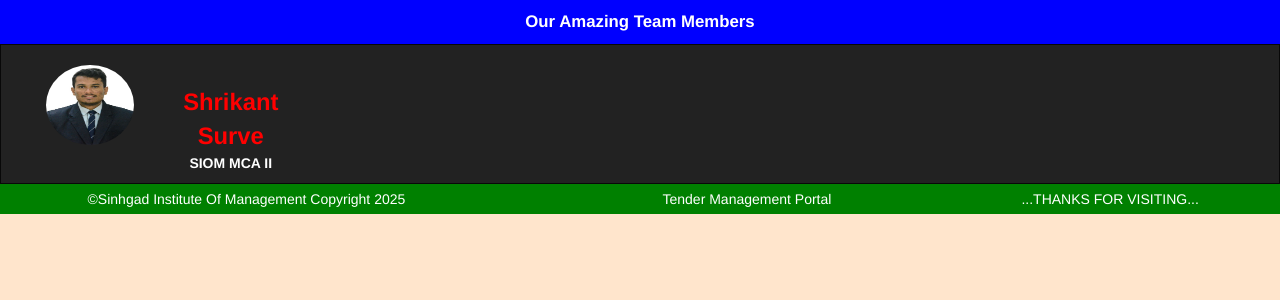
Repository: ShrikantSurve57/Tender-Allotment
Page: http://localhost/tendermanagement/footer.jsp
These files come from the project's save history. The page is drawn as it stood at one moment and after the next save; the edit follows.
The browser window is 1280 px wide. The pictures show the whole page.
Some web fonts or font styles are not loaded; a fallback is used. The page is served by Tomcat 9.

Above is the page before, as saved 2026-01-20 09:30:50.

After the next save:
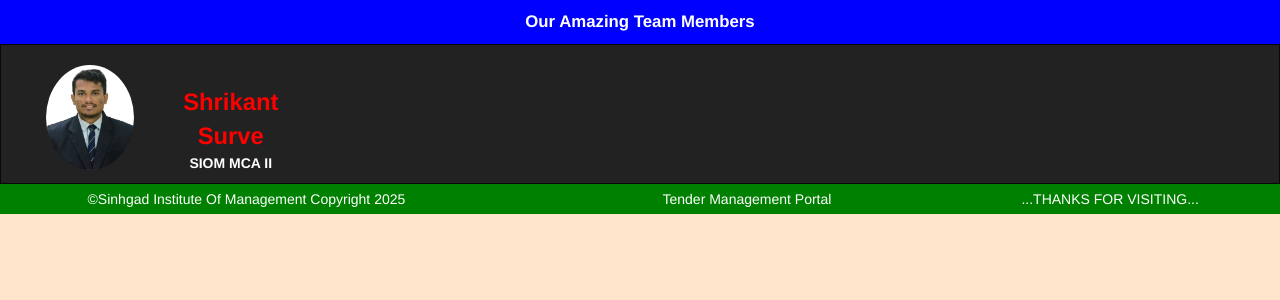
Saved 34 s later.
--- a/tendermanagement/WebContent/footer.jsp
+++ b/tendermanagement/WebContent/footer.jsp
@@ -32,7 +32,7 @@
               <!-- Developer 1 Mr. Shashi Raj-->
                 <div class="col-md-3 col-xs-12 col-sm-3" >
                   <div class="col-md-5 col-xs-5 col-sm-5">
-                    <img src="images/shrikantsurve.jpg" class="img-responsive img-circle pull-right" style="width:100px;height:80px;"alt="Shrikant Surve Developer" title="Shrikant Surve"/>
+                    <img src="images/shrikantsurve.jpg" class="img-responsive img-circle pull-right" style="width:100px;height:105px;"alt="Shrikant Surve Developer" title="Shrikant Surve"/>
                   </div>
                   <div class="col-md-7 col-xs-7 col-sm-7">
                     <div class="developers pull-left" style="font-weight: bold; color:white;text-align: center;">
